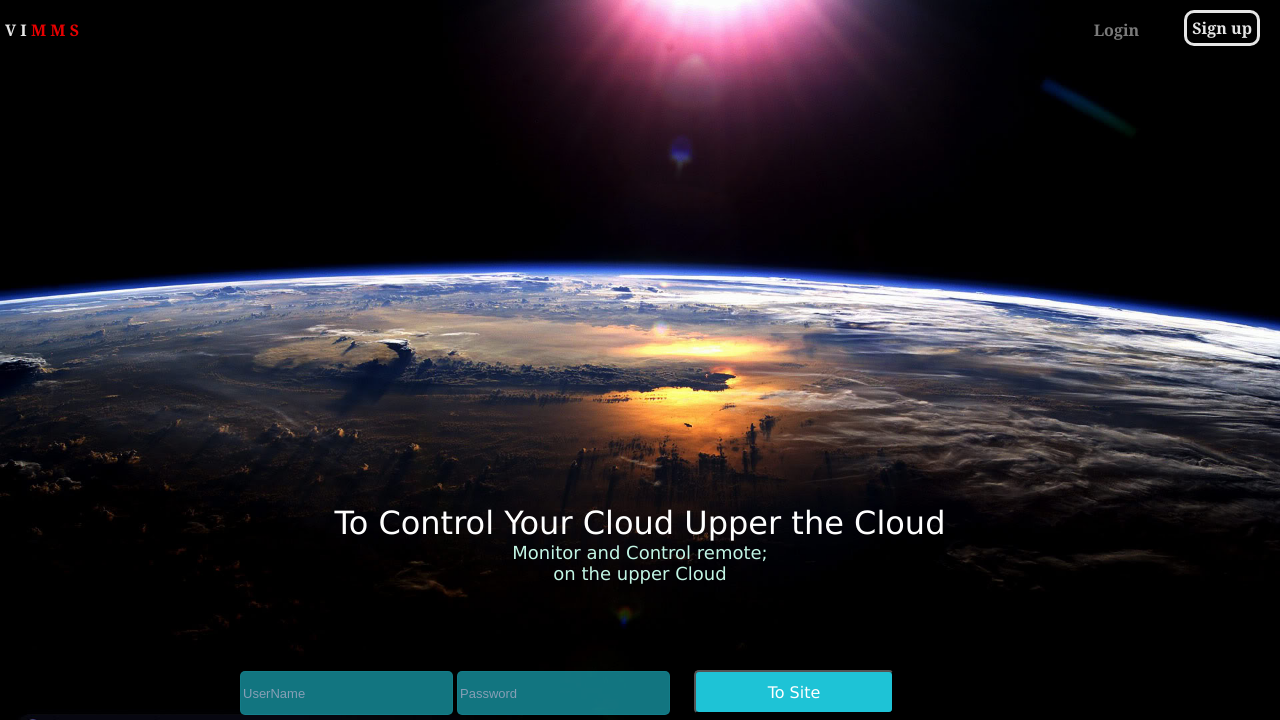
Repository: Freshield/GAEJSP
Page: GAEtesting/war/index.html
These files come from the project's save history. The page is drawn as it stood at one moment and after the next save; the edit follows.
The browser window is 1280 px wide. The pictures show the whole page.

Above is the page before, as saved 2016-03-31 02:22:21.

After the next save:
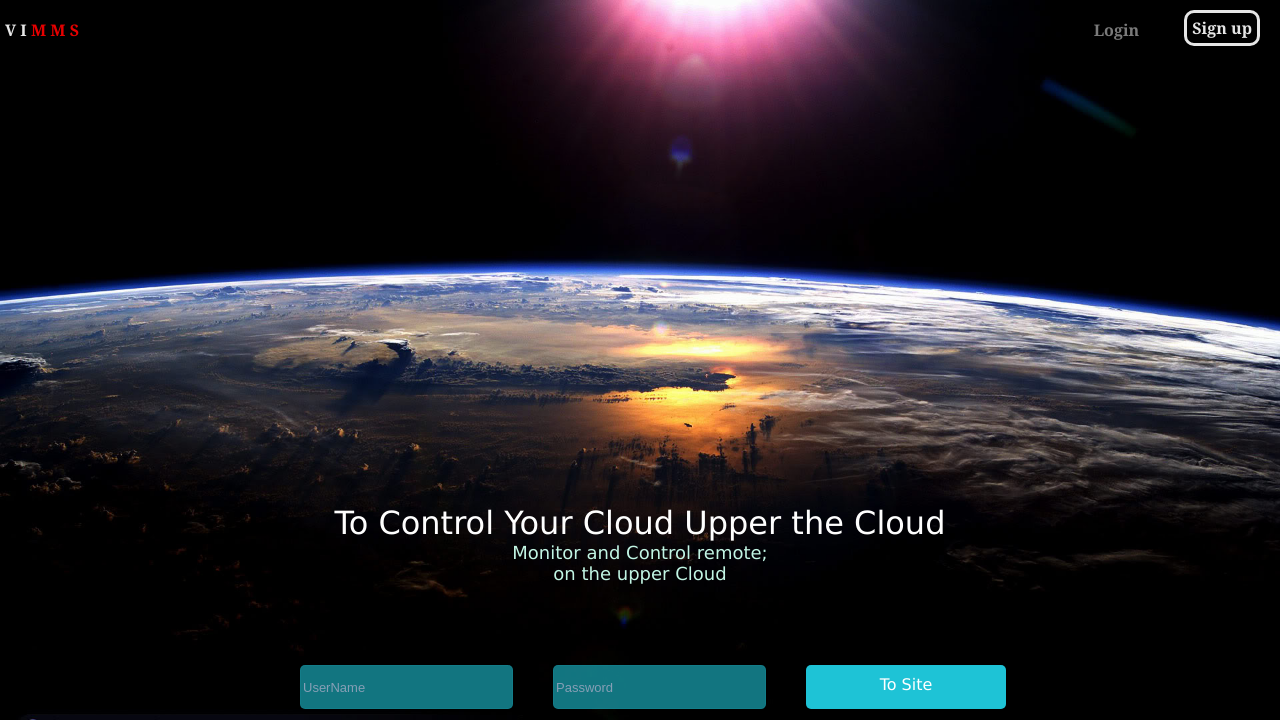
Saved 114 s later.
--- a/GAEtesting/war/index.html
+++ b/GAEtesting/war/index.html
@@ -104,7 +104,7 @@
             display: inline-table;
         }
         #USERNAME,#PASSWORD,#CONNECT{
-
+            float: left;
             height: 50px;
             margin: 0px 20px;
             font-family: Verdana,sans-serif;
@@ -174,19 +174,19 @@
     <span id="LOWSLOGEN">Monitor and Control remote;<br>on the upper Cloud</span>
 </div>
 <div id="SIGNIN">
-	<form action="/Redirction" method="post">
-        <input id="usernametext" name="username" type="text" placeholder="UserName"
+    <div id="USERNAME">
+        <input id="usernametext" type="text" placeholder="UserName"
         onkeypress="if(event.keyCode==13) {signin();return false;}">
-        <input id="passwordtext" name="password" type="password" placeholder="Password"
+    </div>
+    <div id="PASSWORD">
+        <input id="passwordtext" type="password" placeholder="Password"
         onkeypress="if(event.keyCode==13) {signin();return false;}">
-    	<input id="CONNECT" type="submit" value="To Site">
-
-	</form>
-
+    </div>
+    <div id="CONNECT" onclick="signin();">To Site</div>
 </div>
 
 <script type="text/javascript">
-	alert("username or password error");
+
 	var ajaxReq = new AjaxRequest();
 	var xmlhttp;
 
